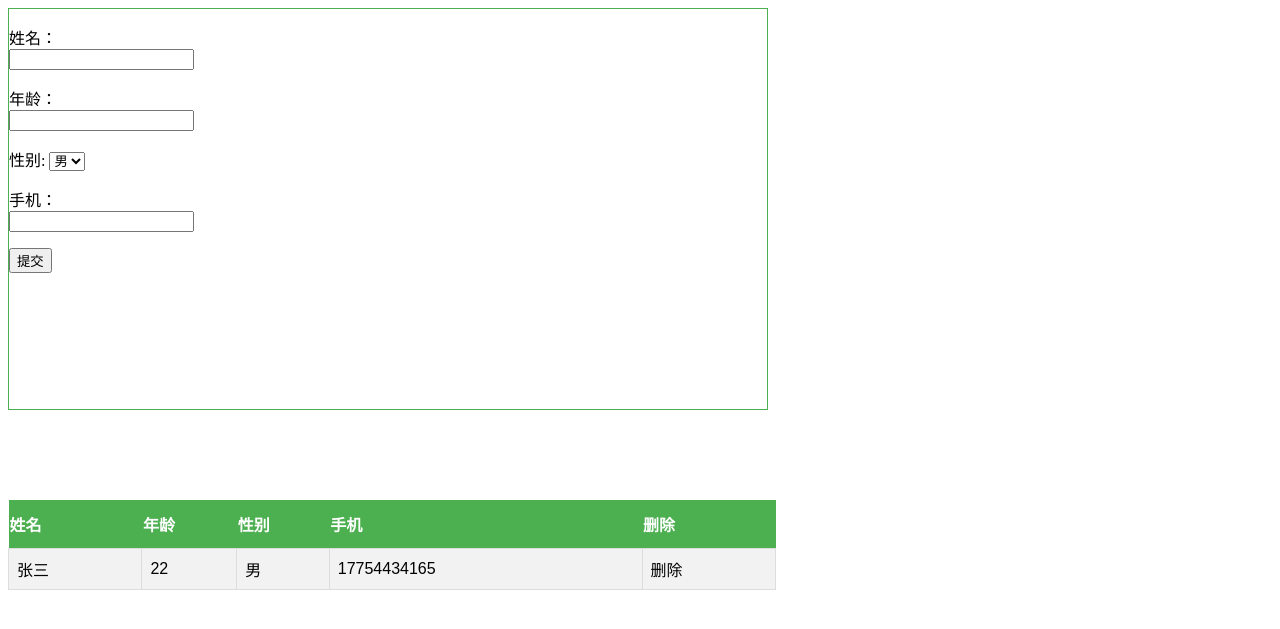
Repository: 1404413577/jsdemo
Page: small-demo/录入信息.html
The author's editor kept a copy of each file at every save. The page is drawn from the files as they stood at one save, then again after the next save.
The browser window is 1280 px wide. The pictures show the whole page.

Above is the page before, as saved 2022-11-20 16:14:36.

### small-demo/录入信息.html
<!DOCTYPE html>
<html lang="en">

<head>
    <meta charset="UTF-8">
    <meta http-equiv="X-UA-Compatible" content="IE=edge">
    <meta name="viewport" content="width=device-width, initial-scale=1.0">
    <title>Document</title>
    <style>
        .customers {
            font-family: Arial, Helvetica, sans-serif;
            border-collapse: collapse;
            width: 60%;
            position: absolute;
            top: 500px
        }

        .customers td,
        #customers th {
            border: 1px solid #ddd;
            padding: 8px;
        }

        .customers tr:nth-child(even) {
            background-color: #f2f2f2;
        }

        .customers tr:hover {
            background-color: #ddd;
        }

        .customers th {
            padding-top: 12px;
            padding-bottom: 12px;
            text-align: left;
            background-color: #4CAF50;
            color: white;
        }

        .main {
            width: 60%;
            height: 400px;
            border: 1px solid #4CAF50;
        }

        .main input {
            display: block;
        }
    </style>
</head>

<body>
    <div class="main">
        <p><span>姓名：</span>
            <input type="text" class="name" id="name">
        </p>
        <p><span>年龄：</span>
            <input type="text" class="age" id="age">
        </p>
        <p><span>性别:</span>
            <select name="gender" id="gender">
                <option value="男">男</option>
                <option value="女">女</option>
            </select>
        </p>
        <p><span>手机：</span>
            <input type="text" class="phone" id="phone">
        </p>
        <p>
            <button type="submit" id="btn">提交</button>

        </p>


    </div>

    <table class="customers">
        <tr>
            <th>姓名</th>
            <th>年龄</th>
            <th>性别</th>
            <th>手机</th>
            <th>删除</th>
        </tr>
        <tr>
            <td>张三</td>
            <td>22</td>
            <td>男</td>
            <td>17754434165</td>
            <td>删除</td>
        </tr>
    </table>
</body>
<script>

    let gender = document.getElementById("gender");
    // let phone = document.getElementById("phone");
    // let name = document.getElementById("name");
    // let age = document.getElementById("age");
    let input = document.getElementsByTagName("input");
    let btn = document.getElementById("btn");
    let staus = [];
    btn.onclick = function () {
        let obj = { name: input[0].value, age: input[1].value, gender: gender.value, phone: input[2].value }
        staus.push(obj)
        console.log(staus)

    }



</script>

</html>

After the next save:
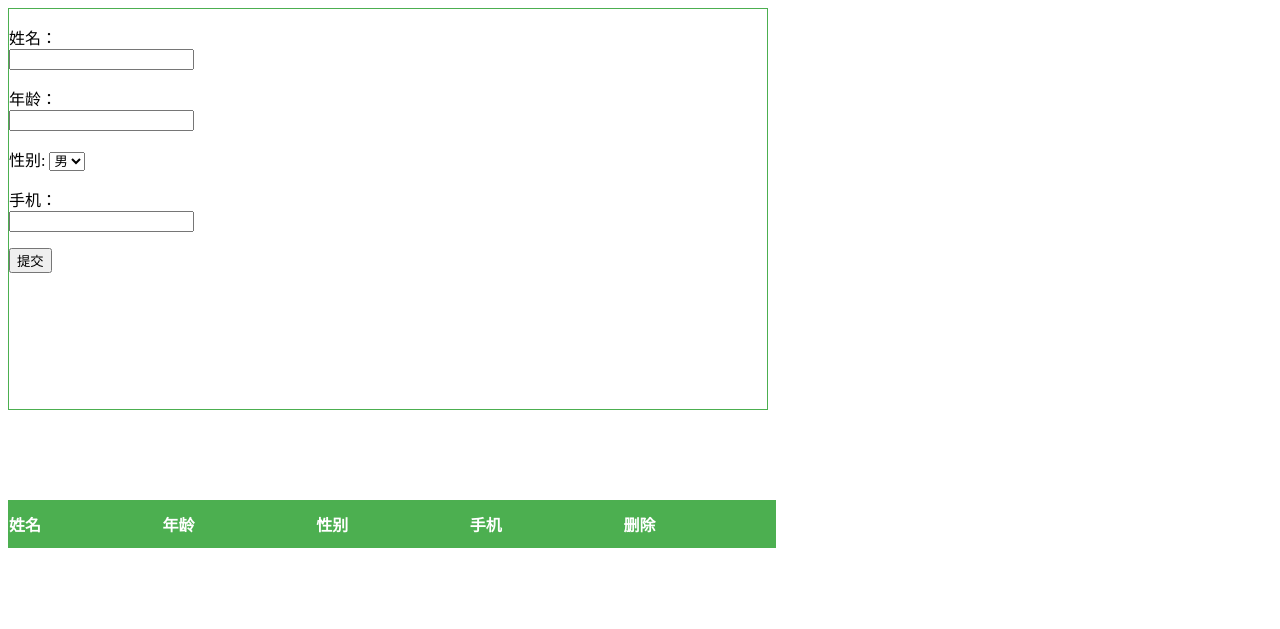
Saved 3 min 19 s later.
--- a/small-demo/录入信息.html
+++ b/small-demo/录入信息.html
@@ -74,7 +74,7 @@
 
     </div>
 
-    <table class="customers">
+    <table class="customers" >
         <tr>
             <th>姓名</th>
             <th>年龄</th>
@@ -82,30 +82,23 @@
             <th>手机</th>
             <th>删除</th>
         </tr>
-        <tr>
-            <td>张三</td>
-            <td>22</td>
-            <td>男</td>
-            <td>17754434165</td>
-            <td>删除</td>
+        <tr id="customers">
         </tr>
     </table>
 </body>
 <script>
 
     let gender = document.getElementById("gender");
-    // let phone = document.getElementById("phone");
-    // let name = document.getElementById("name");
-    // let age = document.getElementById("age");
     let input = document.getElementsByTagName("input");
     let btn = document.getElementById("btn");
+    let customers = document.getElementById("customers")
     let staus = [];
     btn.onclick = function () {
         let obj = { name: input[0].value, age: input[1].value, gender: gender.value, phone: input[2].value }
         staus.push(obj)
         console.log(staus)
-
     }
+    staus.innerHTML =  `<th>${customers}</th>`
 
 
 
